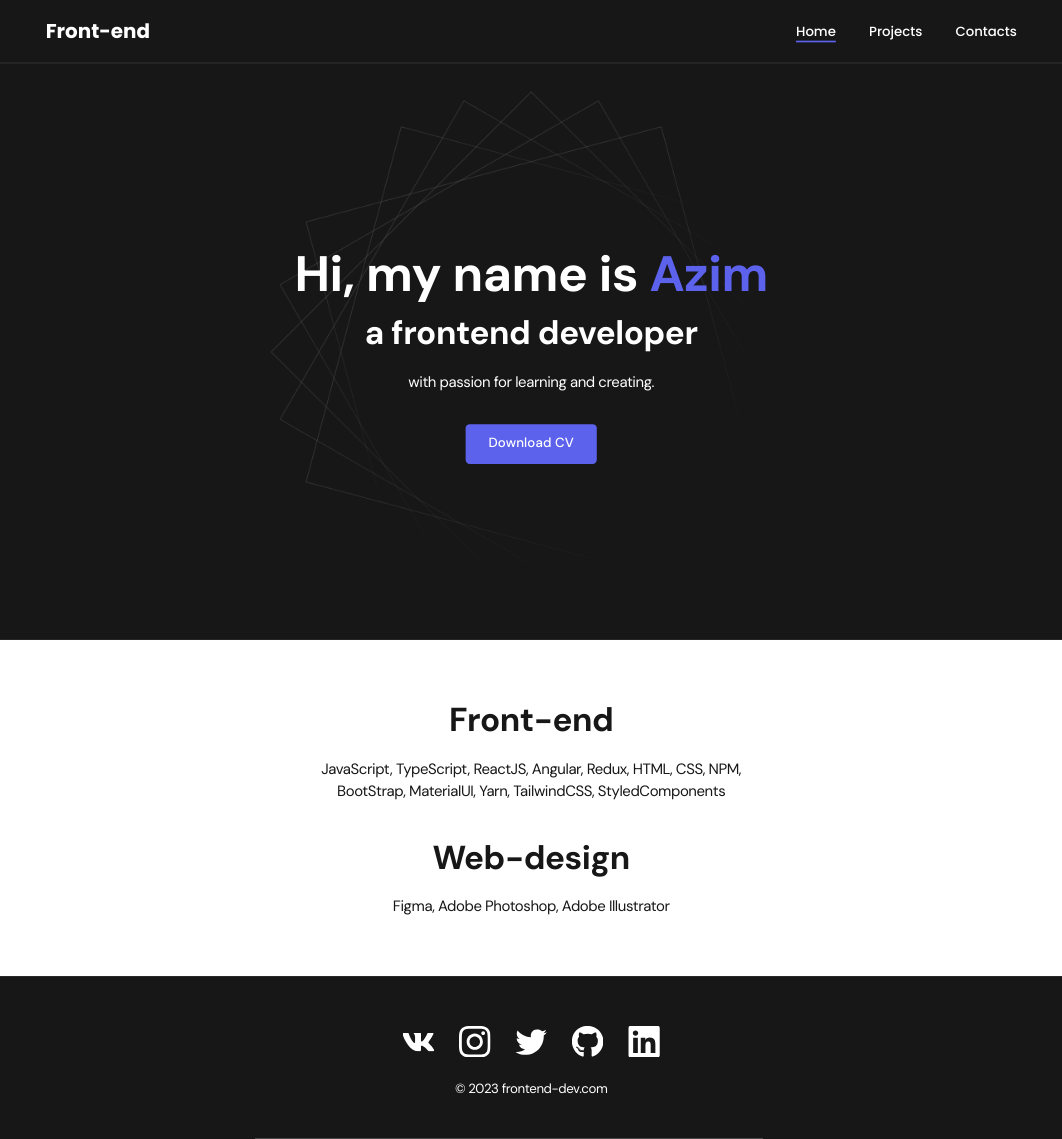
Repository: AzimAzimov/Portfolio_React
Page: /
An editor plug-in stored every save of this project. The page is shown before and after a run of saves, followed by the edit.
The browser window is 1280 px wide. The pictures show the whole page, at 83% of full size.
The project was rebuilt for these pictures with package versions that can differ from the ones it lists, and the page was loaded fresh each time. Also part of the build but not shown: src/components/mainContacts/MockData.ts, src/components/mainContacts/MainContacts.tsx, src/pages/Contacts.tsx, src/components/buttonGit/Style.css, src/components/buttonGit/ButtonGitHub.tsx, src/helpers/ProjectList.js, src/pages/Project.jsx, src/components/mainProjects/MainProjects.css and 3 more.

Above is the page before, as saved 2023-01-31 22:46:16.

### src/App.tsx

import React from 'react';
import { BrowserRouter as Router, Routes, Route } from 'react-router-dom';


import Footer from './components/footer/Footer';
import Navbar from './components/navbar/Navbar';
import Contacts from './pages/Contacts';
import Home from './pages/Home';
import Project from './pages/Project';
import Projects from './pages/Projects';
import './styles/main.css';
import ScrollToTop from './utils/ScrollToTop';


function App() {
  return (
    <div className="App">
      <Router>
        <ScrollToTop />
        <Navbar />
        <Routes>
          <Route path="/" element={<Home />} />
          <Route path="/projects" element={<Projects />} />
          <Route path="/project/:id" element={<Project />} />
          <Route path="/contacts" element={<Contacts />} />
        </Routes>
        <Footer />
      </Router>
    </div>
  );
}

export default App;

### src/components/footer/Footer.tsx
import React, { FC } from 'react'

import "./Footer.css";
import { IFooterData } from './MockData';

export interface IFooter {
  id?: number;
  title?: string;
  img?: string;
}

const Footer: FC<IFooter> = () => {
  return (
    <footer className="footer">
      <div className="container">
        <div className="footer__wrapper">
          <ul className="social">
            {IFooterData.map((item) => {
              return (
                <li key={item.id} className="social__item">
                  <a href="#!">
                    <img src={item.img} alt={item.title} />
                  </a>
                </li>
              );
            })}
          </ul>
          <div className="copyright">
            <p>© 2023 frontend-dev.com</p>
          </div>
        </div>
      </div>
    </footer>
  );
};

export default Footer

### src/components/navbar/Navbar.tsx
import React, { FC } from 'react'
import { NavLink } from 'react-router-dom';

import { INavData } from './Mockdata';
import "./Navbar.css";


export interface INavbar {
  id?: number;
  img?: string;
  title?: string;
  link?: string;
  name?: string;
}

const Navbar: FC<INavbar> = () => {

  const activeLink = 'nav-list__link nav-list__link--active';
  const normLink = 'nav-list__link';

  return (
    <nav className="nav">
      <div className="container">
        <div className="nav-row">
          <NavLink to={'/'} className="logo">
            <strong>Front-end</strong>
          </NavLink>


          <ul className="nav-list">
            {INavData.map((links) => {
              return (
                <li key={links.id} className="nav-list__item">
                  <NavLink
                    to={"" + links.link}
                    className={({ isActive }) => (isActive ? activeLink : normLink)}>
                    {links.title}
                  </NavLink>
                </li>
              );
            })}
          </ul>
        </div>
      </div>
    </nav>
  );
};

export default Navbar;

### src/pages/Home.tsx
import React from 'react';
import Header from '../components/header/Header';
import { HeaderData } from '../components/header/MockData';
import Main from '../components/mainHome/MainHome';

const Home = () => {
  return (
    <>
      {HeaderData.map((props) => {
        return <Header key={props.id} {...props} />;
      })}
      <Main />
    </>
  );
};

export default Home;

### src/styles/main.css
@import './reset.css';
@import url('https://fonts.googleapis.com/css2?family=DM+Sans:wght@400;500;700&family=Poppins:wght@400;500;700&display=swap');

:root {
	/* Colors */
	--blackpure: #000;
	--black: #171718;
	--black-border: #26292d;
	--white: #fff;
	--purple: #5c62ec;

	/* Nav */
	--nav-bg: var(--black);
	--nav-border: var(--black-border);
	--nav-text: var(--white);

	/* Header */
	--header-bg: var(--black);
	--header-text: var(--white);

	/* Footer */
	--footer-bg: var(--black);
	--footer-text: var(--white);

	/* Light mode */
	--page-bg: var(--white);
	--text-color: var(--black);
	--accent: var(--purple);
	--title-1: var(--accent);

	--project-card-bg: var(--white);
	--project-card-text: var(--black);
	--box-shadow: 0px 5px 35px rgba(0, 0, 0, 0.25);
}

.dark {
	/* Dark mode */
	--page-bg: #252526;
	--text-color: var(--white);

	--title-1: var(--white);

	--project-card-bg: var(--black);
	--project-card-text: var(--white);
	--box-shadow: 0px 5px 35px rgba(0, 0, 0, 0.8);
}

html,
body {

	min-height: 100vh;
	font-family: 'DM Sans', sans-serif;
	letter-spacing: -0.5px;

	/* Light mode */
	background-color: var(--page-bg);
	color: var(--text-color);
}

.App {
	min-height: 100vh;
	display: flex;
	flex-direction: column;
}

#root {
	min-height: 100vh;
}

/* General */

.container {
	margin: 0 auto;
	padding: 0 15px;
	max-width: 1200px;
}

.none {
	display: none !important;
}

.section {
	padding: 70px 0;
}

.title-1 {
	margin-bottom: 60px;

	font-size: 60px;
	font-weight: 700;
	line-height: 1.3;
	color: var(--title-1);
	text-align: center;
}

.title-2 {
	margin-bottom: 20px;

	font-size: 40px;
	font-weight: 700;
	line-height: 1.3;
}

/* Project details */

.project-details {
	margin: 0 auto;
	max-width: 865px;

	display: flex;
	flex-direction: column;
	align-items: center;

	text-align: center;
}

.project-details__cover {
	max-width: 100%;
	margin-bottom: 40px;

	box-shadow: var(--box-shadow);
	border-radius: 10px;
}

.project-details__desc {
	margin-bottom: 30px;

	font-weight: 700;
	font-size: 24px;
	line-height: 1.3;
}

@media (max-width: 620px) {
	/* Header  */

	.header {
		min-height: unset;
	}

	.header__title {
		font-size: 30px;
	}

	.header__title strong {
		font-size: 40px;
	}

	/* Nav */

	.nav-row {
		justify-content: space-between;
	}

	.dark-mode-btn {
		order: 0;
	}

	/* General */

	.section {
		padding: 40px 0;
	}

	.title-1 {
		margin-bottom: 30px;
		font-size: 40px;
	}

	.title-2 {
		margin-bottom: 10px;
		font-size: 30px;
	}

	/* Projects */

	.project__title {
		font-size: 22px;
	}

	/* Project page */

	.project-details__desc {
		margin-bottom: 20px;
		font-size: 22px;
	}

	/* Content List */

	.content-list {
		row-gap: 20px;
	}

	.content-list__item {
		font-size: 16px;
	}

	/* Footer */

	.footer {
		padding: 40px 0 30px;
	}

	.footer__wrapper {
		row-gap: 20px;
	}

	/* Social */

	.social {
		column-gap: 20px;
	}

	.social__item {
		width: 28px;
	}
}

### src/utils/ScrollToTop.tsx
import { useEffect } from 'react';
import { useLocation } from 'react-router-dom';

export default function ScrollToTop() {
  const { pathname } = useLocation();

  useEffect(() => {
    window.scrollTo(0, 0);
  }, [pathname]);

  return null;
}

### src/components/footer/Footer.css
/* Footer */

.footer {
  margin-top: auto;
  padding: 60px 0 50px;
  background-color: var(--footer-bg);
  color: var(--footer-text);
}

.footer__wrapper {
  display: flex;
  flex-direction: column;
  align-items: center;
  row-gap: 27px;
}

.social {
  display: flex;
  column-gap: 30px;
  align-items: center;
}

.copyright {
  font-size: 16px;
}

.copyright p+p {
  margin-top: 0.5em;
}

### src/components/footer/MockData.ts
import { IFooter } from "./Footer";

import vk from "../../assets/icons/vk.svg";
import instagram from "../../assets/icons/instagram.svg";
import twitter from "../../assets/icons/twitter.svg";
import gitHub from "../../assets/icons/gitHub.svg";
import linkedIn from "../../assets/icons/linkedIn.svg";

export const IFooterData: IFooter[] = [
  {
    id: 1,
    title: "vk",
    img: vk,
  },
  {
    id: 2,
    title: "instagram",
    img: instagram,
  },
  {
    id: 3,
    title: "twitter",
    img: twitter,
  },
  {
    id: 4,
    title: "gitHub",
    img: gitHub,
  },
  {
    id: 5,
    title: "linkedIn",
    img: linkedIn,
  },
]

### src/components/navbar/Mockdata.ts
import { INavbar } from "./Navbar";
import sun from "../../assets/icons/sun.svg";
import moon from "../../assets/icons/moon.svg";


export const INavData: INavbar[] = [
  {
    id: 1,
    name: "sun",
    img: sun,
  },
  {
    id: 2,
    name: "moon",
    img: moon,
  },
  {
    id: 3,
    title: "Home",
    link: "/",
  },
  {
    id: 4,
    title: "Projects",
    link: "/projects",
  },
  {
    id: 5,
    title: "Contacts",
    link: "/contacts",
  }
]

### src/components/navbar/Navbar.css
/* Nav */

.nav {
  padding: 20px 0;
  background-color: var(--nav-bg);
  border-bottom: 1px solid var(--nav-border);
  color: var(--nav-text);
  letter-spacing: normal;
}

.nav-row {
  display: flex;
  justify-content: flex-end;
  align-items: center;
  column-gap: 30px;
  row-gap: 20px;
  flex-wrap: wrap;
}

.logo {
  margin-right: auto;
  color: var(--nav-text);
  font-size: 24px;
  font-family: 'Poppins', sans-serif;
}

.logo strong {
  font-weight: 700;
}

.nav-list {
  display: flex;
  flex-wrap: wrap;
  row-gap: 10px;
  align-items: center;
  column-gap: 40px;
  font-size: 16px;
  font-weight: 500;
  font-family: 'Poppins', sans-serif;
}

.nav-list__link {
  color: var(--nav-text);
  transition: opacity 0.2s ease-in;
}

.nav-list__link:hover {
  opacity: 0.8;
}

.nav-list__link--active {
  position: relative;
}

.nav-list__link--active::before {
  content: '';

  position: absolute;
  left: 0;
  top: 100%;

  display: block;
  height: 2px;
  width: 100%;
  background-color: var(--accent);
}

### src/components/header/Header.tsx
import React, { FC } from 'react';
import Button from '../button/Button';

import "./Header.css";


export interface IHeader {
  id: number;
  title: string;
  name: string;
  post: string;
  subpost: string;
}

const Header: FC<IHeader> = ({ title, name, post, subpost }) => {
  return (
    <header className="header">
      <div className="header__wrapper">
        <h1 className="header__title">
          <strong>
            {title} <em>{name}</em>
          </strong>
          <br />
          {post}
        </h1>
        <div className="header__text">
          <p>{subpost}</p>
        </div>
        <Button children="Download CV" />
      </div>
    </header>
  );
};

export default Header;

### src/components/header/MockData.ts
import { IHeader } from "./Header";


export const HeaderData: IHeader[] = [
  {
    id: 1,
    title: "Hi, my name is",
    name: "Azim",
    post: "a frontend developer",
    subpost: "with passion for learning and creating.",
  }
]

### src/components/mainHome/MainHome.tsx
import React, { FC } from 'react'

import './MainHome.css';
import { IMainData } from './MockData';

export interface IMainHome {
  id?: number;
  title?: string;
  subtitle?: string;
}

const MainHome: FC<IMainHome> = () => {
  return (
    <main className="section">
      <div className="container">
        <ul className="content-list">
          {IMainData.map((items) => {
            return (
              <li key={items.id} className="content-list__item">
                <h2 className="title-2">{items.title}</h2>
                <p>{items.subtitle}</p>
              </li>
            );
          })}
        </ul>
      </div>
    </main>
  );
};

export default MainHome;

### src/components/mainContacts/MainContacts.css
/* Content list */
.content-list {
  margin: 0 auto;
  max-width: 570px;
  display: flex;
  flex-direction: column;
  align-items: center;
  row-gap: 40px;
  text-align: center;
}

.content-list a {
  color: var(--accent);
}

.content-list__item {
  font-size: 18px;
  line-height: 1.5;
}

.content-list__item p+p {
  margin-top: 0.5em;
}

### src/components/button/Button.tsx
import React, { FC } from 'react'

import "./Button.css";

export interface IButton {
  children?: string | React.ReactElement | React.ReactNode;
  link?: string;
  // type?: 'submit' | 'button' | 'reset';
  // disabled?: boolean;
  // onClick?: (evt: React.MouseEvent<HTMLButtonElement, MouseEvent>) => void;
  // size?: 'large' | 'medium' | 'small' | 'max' | 'context';
  // theme?: 'banner' | 'news' | 'industries';
  // color?: 'white' | 'green' | 'link';
  // link?: string;
}

const Button: FC <IButton> = ({ children }) => {
  return (
    <a href="#!" className="btn">
      {children}
    </a>
  );
};

export default Button

### src/components/header/Header.css
/* Header */

.header {
  padding: 40px 0;
  min-height: 695px;

  display: flex;
  justify-content: center;
  align-items: center;

  background-color: var(--header-bg);
  background-image: url('../../assets/header-bg.png');
  background-repeat: no-repeat;
  background-size: auto;
  background-position: center center;

  color: var(--header-text);
  text-align: center;
}

.header__wrapper {
  padding: 0 15px;
  max-width: 660px;
}

.header__title {
  margin-bottom: 20px;
  font-size: 40px;
  font-weight: 700;
  line-height: 1.4;
}

.header__title strong {
  font-size: 60px;
  font-weight: 700;
}

.header__title em {
  font-style: normal;
  color: var(--accent);
}

.header__text {
  margin-bottom: 40px;
  font-size: 18px;
  line-height: 1.333;
}

.header__text p+p {
  margin-top: 0.5em;
}

### src/components/mainHome/MainHome.css
/* Content list */
.content-list {
  margin: 0 auto;
  max-width: 570px;
  display: flex;
  flex-direction: column;
  align-items: center;
  row-gap: 40px;
  text-align: center;
}

.content-list a {
  color: var(--accent);
}

.content-list__item {
  font-size: 18px;
  line-height: 1.5;
}

.content-list__item p+p {
  margin-top: 0.5em;
}

### src/components/mainHome/MockData.ts
import { IMainHome } from "./MainHome";

export const IMainData: IMainHome[] = [
  {
    id: 1,
    title: "Front-end",
    subtitle: "JavaScript, TypeScript, ReactJS, Angular, Redux, HTML, CSS, NPM, BootStrap, MaterialUI, Yarn, TailwindCSS, StyledComponents",
  },
  {
    id: 2,
    title: "Web-design",
    subtitle: "Figma, Adobe Photoshop, Adobe Illustrator",
  },
]

### src/components/button/Button.css
/* Btn */

.btn {
  display: inline-block;
  height: 48px;
  padding: 12px 28px;

  border-radius: 5px;
  background-color: var(--accent);
  color: var(--white);
  letter-spacing: 0.15px;
  font-size: 16px;
  font-weight: 500;

  transition: opacity 0.2s ease-in;
}

.btn:hover {
  opacity: 0.8;
}

.btn:active {
  position: relative;
  top: 1px;
}

### src/components/btnDarkMode/BtnDarkMode.tsx
import React, { FC } from 'react'

import { INavData } from '../navbar/Mockdata';
import "./BtnDarkMode.css"

const BtnDarkMode: FC = () => {
  return (
    <button className="dark-mode-btn">
      {INavData.map((items) => {
        return (
          <img src={items.img} alt={items.name} key={items.id} className="dark-mode-btn__icon" />
        );
      })}
    </button>
  );
}

export default BtnDarkMode

### src/components/btnDarkMode/BtnDarkMode.css
/* Dark mode btn */

.dark-mode-btn {
  order: 9;
  position: relative;
  display: flex;
  justify-content: space-between;
  width: 51px;
  height: 26px;
  padding: 5px;
  border-radius: 50px;
  background-color: #272727;
}

.dark-mode-btn::before {
  content: '';
  position: absolute;
  top: 1px;
  left: 1px;
  display: block;
  width: 24px;
  height: 24px;
  border-radius: 50%;
  background-color: #fff;
  transition: left 0.2s ease-in;
}

.dark-mode-btn--active::before {
  left: 26px;
}

.dark-mode-btn__icon {
  position: relative;
  z-index: 9;
}

Loaded but not shown: public/index.html (common file); src/index.tsx (common file); src/styles/reset.css (common file)

After the next 6 saves:
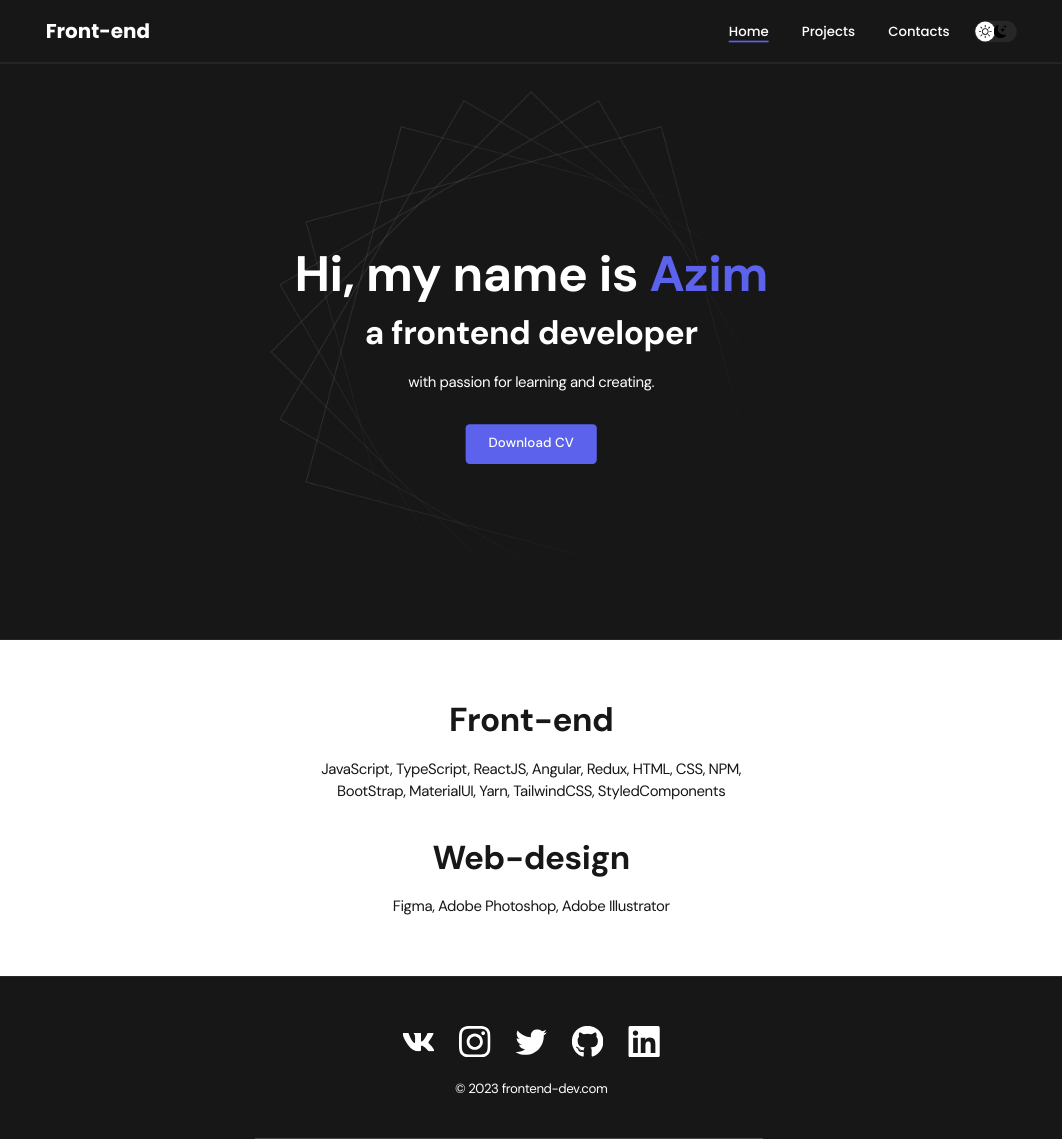
The 6 saves are shown as one change because they came seconds apart.
The last was saved 49 s later.
--- a/src/components/navbar/Navbar.tsx
+++ b/src/components/navbar/Navbar.tsx
@@ -1,5 +1,6 @@
 import React, { FC } from 'react'
 import { NavLink } from 'react-router-dom';
+import BtnDarkMode from '../btnDarkMode/BtnDarkMode';
 
 import { INavData } from './Mockdata';
 import "./Navbar.css";
@@ -25,8 +26,7 @@
           <NavLink to={'/'} className="logo">
             <strong>Front-end</strong>
           </NavLink>
-
-
+          <BtnDarkMode />
           <ul className="nav-list">
             {INavData.map((links) => {
               return (
